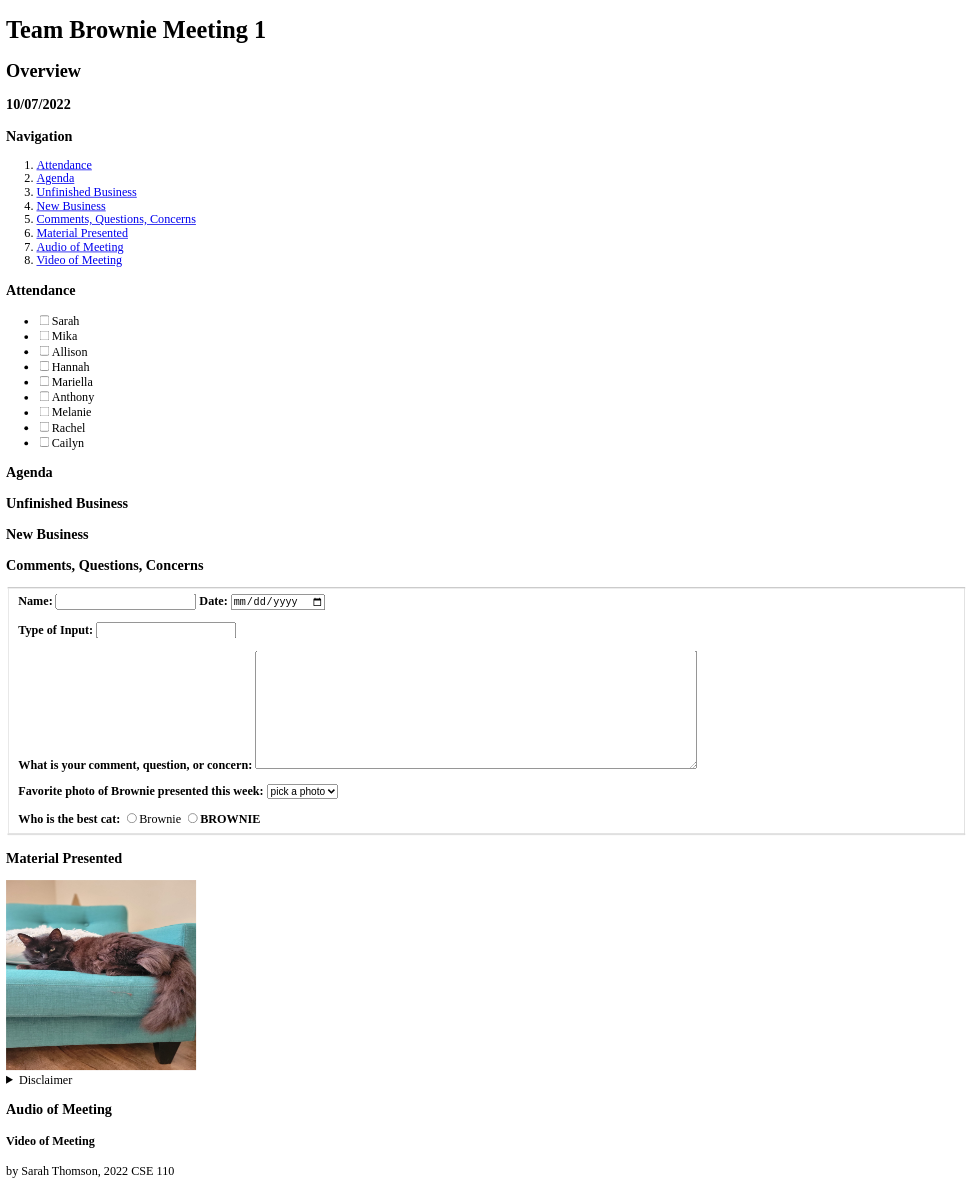
Repository: sarahtthomson/fa22-cse110-lab3
Page: index.html
An editor plug-in stored every save of this project. The page is shown before and after the next save, followed by the edit.
The browser window is 1280 px wide. The pictures show the whole page, at 76% of full size.

Above is the page before, as saved 2022-10-08 18:38:45.

### index.html
<!DOCTYPE html>
<html lang="en">
    <head>
        <Title>Team Brownie</Title>
        <meta name="description" content="Meeting minutes for Team Brownie">
        <link rel="icon" href="favicon.ico">
    </head>
    <body>
        <header>
            <h1>Team Brownie Meeting 1</h1>
            <h2>Overview</h2>
            <h3>10/07/2022</h3>
        </header>
        <main>
            <nav class="nav">
                <h3>Navigation</h4>
                <ol>
                    <li><a href="#Attendance" >Attendance</a></li>
                    <li><a href="#Agenda">Agenda</a></li>
                    <li><a href="#Unfinished">Unfinished Business</a></li>
                    <li><a href="#New">New Business</a></li>
                    <li><a href="#Comments">Comments, Questions, Concerns</a></li>
                    <li><a href="#Material">Material Presented</a></li>
                    <li><a href="#Audio">Audio of Meeting</a></li>
                    <li><a href="#Video">Video of Meeting</a></li>
                </ol>
            </nav>
            <div class="Attendance" id="Attendance">
                <h3>Attendance</h3>
                <ul>
                    <li><input type="checkbox">Sarah</li>
                    <li><input type="checkbox">Mika</li>
                    <li><input type="checkbox">Allison</li>
                    <li><input type="checkbox">Hannah</li>
                    <li><input type="checkbox">Mariella</li>
                    <li><input type="checkbox">Anthony</li>
                    <li><input type="checkbox">Melanie</li>
                    <li><input type="checkbox">Rachel</li>
                    <li><input type="checkbox">Cailyn</li>
                </ul>
            </div>
            <div class="Agenda" id="Agenda">
                <h3>Agenda</h3>

            </div>
            <div class="Unfinished" id="Unfinished">
                <h3>Unfinished Business</h3>
            </div>
            <div class="New" id="New">
                <h3>New Business</h3>
            </div>
            <div class="Comments" id="Comments">
                <h3>Comments, Questions, Concerns</h3>
                <form method="get" class="cqc">
                    <fieldset>
                        <label for="name"><b>Name:</b></label>
                        <input type="text" name="name" id="name">
                        <label for="date"><b>Date:</b></label>
                        <input type="date" name="date" id="date">
                        <p></p>
                        <label for="cqorc"><b>Type of Input:</b></label>
                        <input list="type-of-input" id="choice" name="choice">
                        <datalist id="type-of-input">
                            <option value="comment">
                            <option value="question">
                            <option value="concern">
                        </datalist>
                        <p></p>
                        <label for="textbox"><b>What is your comment, question, or concern:</b></label>
                        <textarea id="textbox" name="textbox" rows="10" cols="70"></textarea>
                        <p></p>
                        <label for="best-photo"><b>Favorite photo of Brownie presented this week:</b></label>
                        <select name="photos" id="photo-select">
                            <option value="">pick a photo</option>
                            <option value="a">a</option>
                            <option value="b">b</option>
                            <option value="c">c</option>
                            <option value="d">d</option>
                            <option value="e">e</option>
                        </select>
                        <p></p>
                        <label for="best"><b>Who is the best cat:</b></label>
                        <input type="radio" id="brownie" name="cat"><label for="brownie">Brownie</label>
                        <input type="radio" id="brownie!" name="cat"><label for="brownie!"><strong>BROWNIE</strong></label>
                    </fieldset>
                </form>
            </div>
            <div class="Material" id="Material">
                <h3>Material Presented</h3>
                <img height="250" width="250" src="cat.jpg">
                <details><summary>Disclaimer</summary>There are only 5 photos of the week because Brownie will not work on weekends</details>
            </div>
            <div class="Audio" id="Audio">
                <h3>Audio of Meeting</h3>
            </div>
            <div class="Video" id="Video">
                <h4>Video of Meeting</h4>
            </div>
        </main>
        <footer>
            <p>by Sarah Thomson, 2022 CSE 110</p>
        </footer>

    </body>
</html>

After the next save:
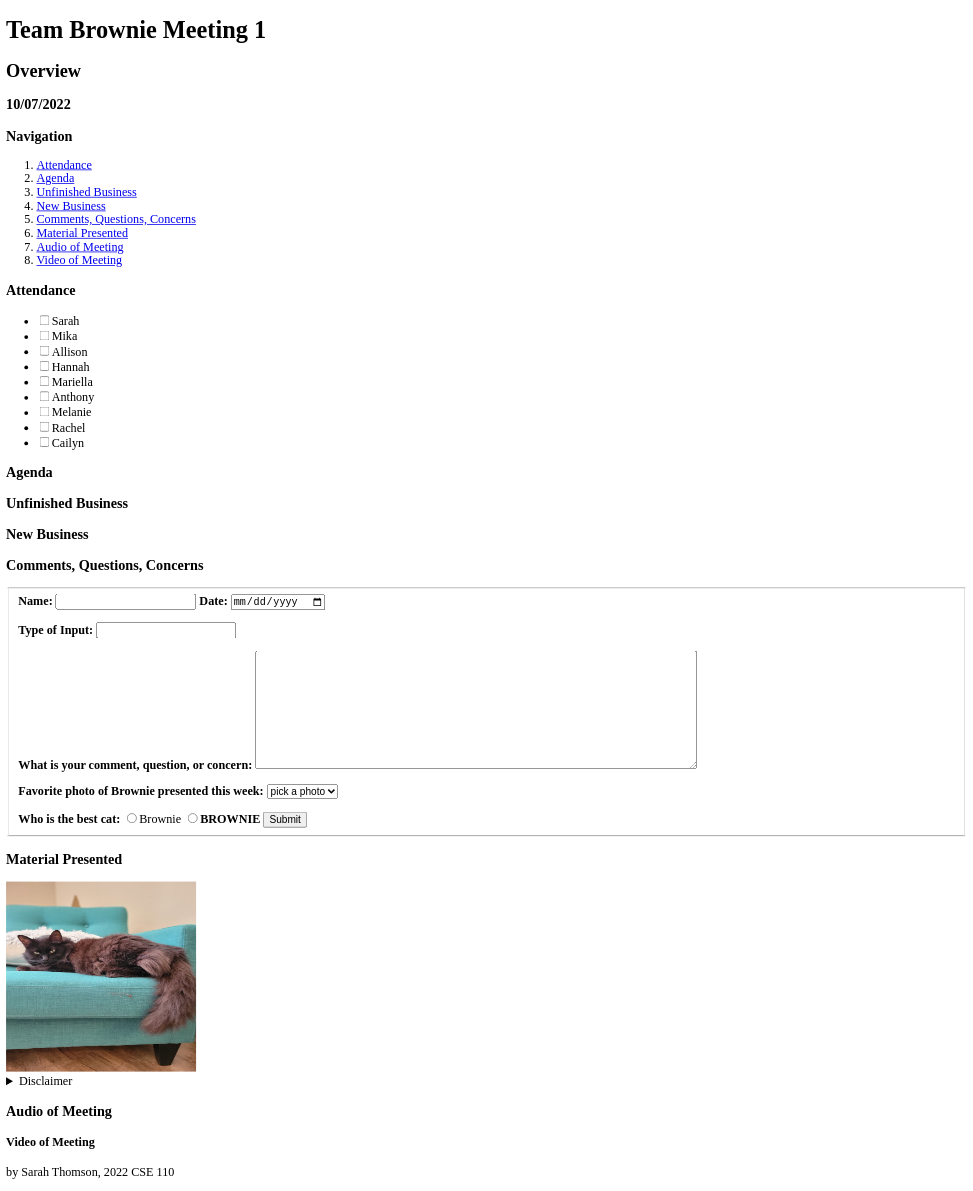
Saved 5 min 33 s later.
--- a/index.html
+++ b/index.html
@@ -51,7 +51,7 @@
             </div>
             <div class="Comments" id="Comments">
                 <h3>Comments, Questions, Concerns</h3>
-                <form method="get" class="cqc">
+                <form method="get" class="cqc" id="form">
                     <fieldset>
                         <label for="name"><b>Name:</b></label>
                         <input type="text" name="name" id="name">
@@ -82,6 +82,7 @@
                         <label for="best"><b>Who is the best cat:</b></label>
                         <input type="radio" id="brownie" name="cat"><label for="brownie">Brownie</label>
                         <input type="radio" id="brownie!" name="cat"><label for="brownie!"><strong>BROWNIE</strong></label>
+                        <button type="button" form="form">Submit</button>
                     </fieldset>
                 </form>
             </div>
